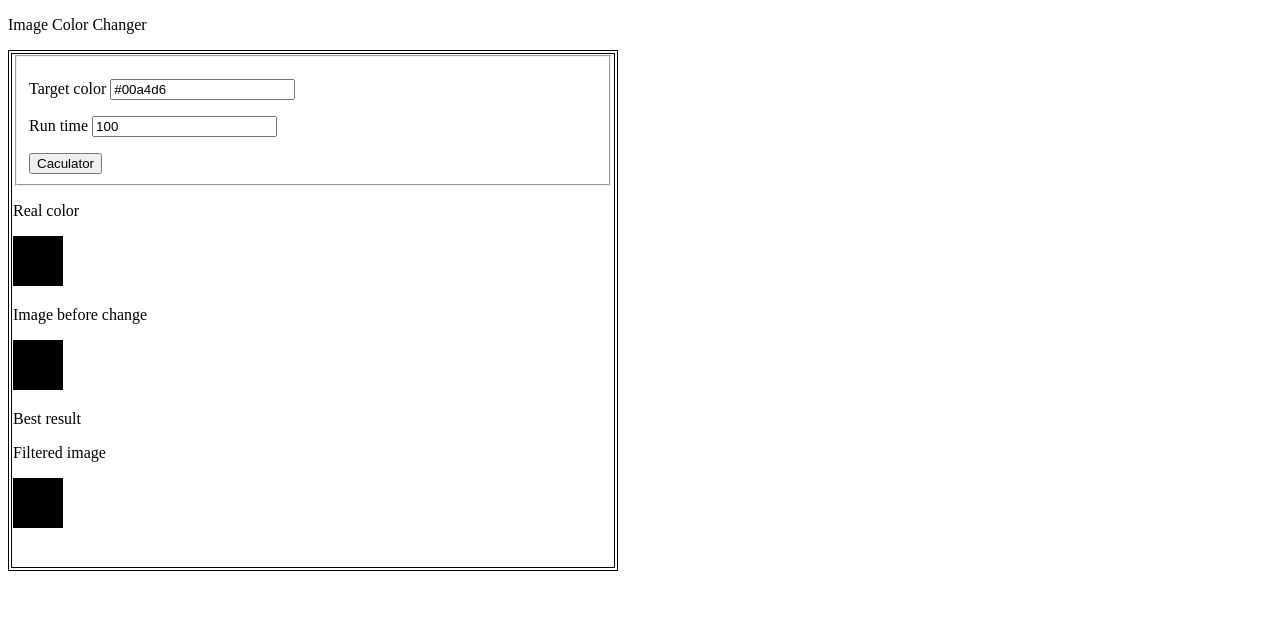
Repository: Kevilstark/image-color-changer
Page: index.html
An editor plug-in stored every save of this project. The page is shown before and after the next save, followed by the edit.
The browser window is 1280 px wide. The pictures show the whole page.
Some web libraries are served in a nearby version.

Above is the page before, as saved 2022-06-07 13:30:35.

After the next save:
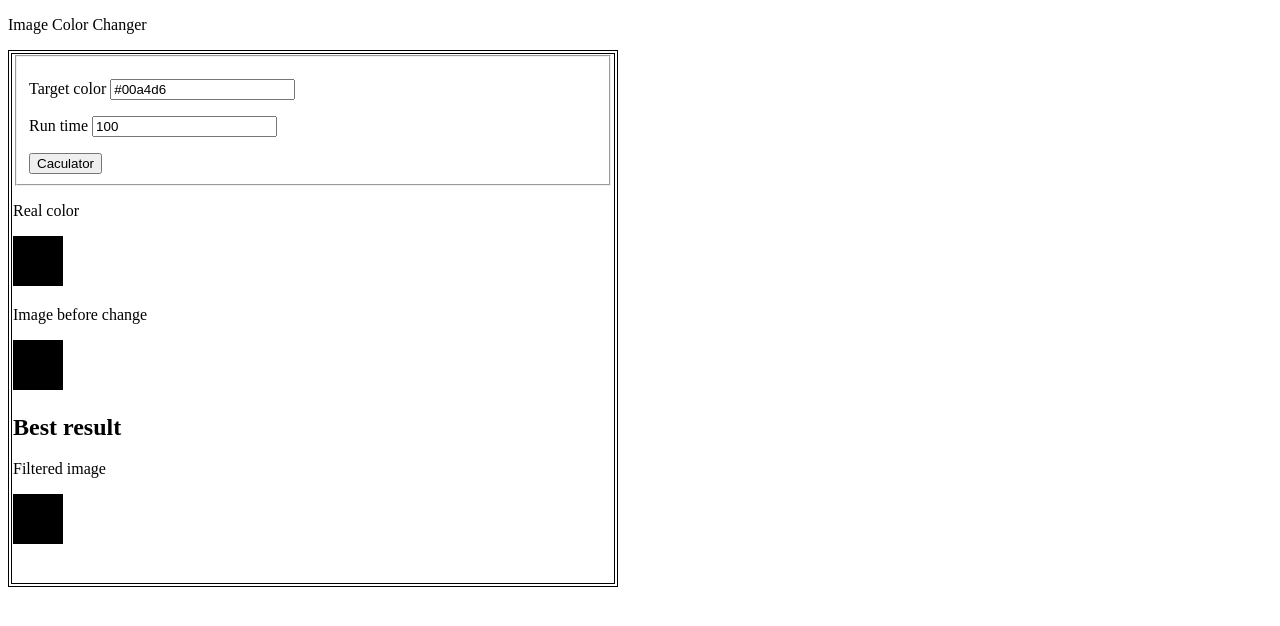
Saved 22 s later.
--- a/index.html
+++ b/index.html
@@ -26,7 +26,7 @@
                     <p>Image before change</p>
                     <div class="pixel realImg"></div>
 
-                    <p>Best result</p>
+                    <h2>Best result</h2>
 
                     <p>Filtered image</p>
                     <div class="pixel filterPixel"></div>
